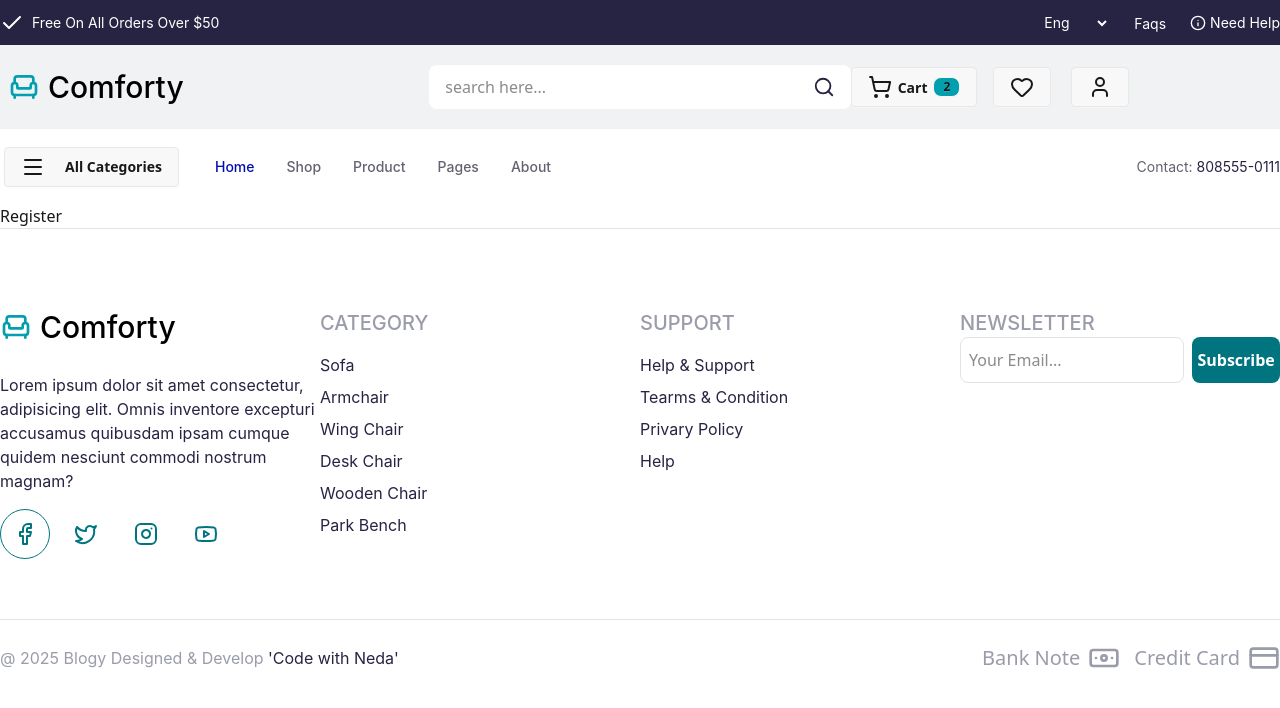
Repository: Neda0o0/store-template-website
Page: /auth/register
These files come from the project's save history. The page is drawn as it stood at one moment and after the next save; the edit follows.
The browser window is 1280 px wide. The pictures show the whole page.
The project was rebuilt for these pictures with package versions that can differ from the ones it lists, and the page was loaded fresh each time. Also part of the build but not shown: vite.config.js, src/components/Banner/Banner.jsx, src/components/Delivery/Delivery.jsx, src/components/Brand/Brand.jsx, src/components/SectionTitle/SectionTitle.jsx, src/components/Features/Features.jsx, src/components/Categories/Categories.jsx, src/components/Product/Product.jsx and 6 more.

Above is the page before, as saved 2025-10-27 17:31:49.

### index.html
<!DOCTYPE html>
<html lang="en">
  <head>
    <meta charset="UTF-8" />
    <link rel="icon" type="image/svg+xml" href="/vite.svg" />
    <meta name="viewport" content="width=device-width, initial-scale=1.0" />
    <title>new-project</title>
  </head>
  <body>
    <div id="root"></div>
    <script type="module" src="/src/main.jsx"></script>
  </body>
</html>

### src/main.jsx
import { StrictMode } from "react";
import { createRoot } from "react-dom/client";
import MainLayout from "./MainLayout/MainLayout";
import "./index.css";

createRoot(document.getElementById("root")).render(
  <StrictMode>
    <MainLayout />
  </StrictMode>
);

### src/MainLayout/MainLayout.jsx
import { BrowserRouter, Route, Routes } from "react-router";
import Navbar from "../components/Navbar/Navbar";
import Home from "../Pages/Home/Home";
import Auth from "../Pages/Auth/Auth";
import Login from "../Pages/Auth/Login/Login";
import Register from "../Pages/Auth/Register/Register";
import Error from "../Pages/Error/Error";
import AuthCheck from "../AuthCheck/AuthCheck";
import Footer from "../components/Footer/Footer";

const MainLayout = () => {
  return (
    <BrowserRouter>
      {/* Navbar */}
      <Navbar />
      <Routes>
        <Route
          path="/"
          element={
            <AuthCheck>
              <Home />
            </AuthCheck>
          }
        />
        <Route path="auth" element={<Auth />}>
          <Route path="login" element={<Login />} />
          <Route path="register" element={<Register />} />
        </Route>
        {/* not found routes */}
        <Route path="*" element={<Error />} />
      </Routes>
      {/* footer component */}
      <Footer />
    </BrowserRouter>
  );
};
export default MainLayout;

### src/index.css
@import "tailwindcss";
@plugin "daisyui";

/* google font inter */
@import url("https://fonts.googleapis.com/css2?family=Inter:ital,opsz,wght@0,14..32,100..900;1,14..32,100..900&display=swap");

@theme {
  --font-inter: "Inter", sans-serif;
}

.banner_slide_item {
  display: flex !important;
  justify-content: space-between;
  align-items: center;
  gap: 7.5rem;
}

.banner_image {
  position: relative;
}
.banner_image::before {
  content: "";
  position: absolute;
  top: 0;
  right: 0;
  max-width: 747px;
  width: 100%;
  min-height: 747px;
  height: 100%;
  background-color: #e1e3e5;
  border-radius: 100%;
  z-index: -1;
}
.slider_container > .slick-slider > .slick-prev,
.slider_container > .slick-slider > .slick-next {
  z-index: 5 !important;
}
.slick-prev {
  left: -40px;
}
.slick-next {
  right: 0.25px;
}
.slider_container > .slick-slider > .slick-prev:before,
.slider_container > .slick-slider > .slick-next:before {
  font-family: "slick";
  font-size: 50px !important;
  line-height: 1;
  opacity: 0.75;
  color: #007580 !important;
  -webkit-font-smoothing: antialiased;
  -moz-osx-font-smoothing: grayscale;
}
.slider_container > .slick-slider > .slick-dots {
  position: absolute;
  bottom: 100px !important;
  display: block;
  width: 100%;
  padding: 0;
  margin: 0;
  list-style: none;
  text-align: center;
}
.slider_container > .slick-slider > .slick-dots li button:before {
  font-family: "slick";
  font-size: 22px !important;
  line-height: 20px;
  position: absolute;
  top: 0;
  left: 0;
  width: 20px;
  height: 20px;
  text-align: center;
  opacity: 0.25;
  color: black;
  -webkit-font-smoothing: antialiased;
  -moz-osx-font-smoothing: grayscale;
}
.slider_container
  > .slick-slider
  > .slick-dots
  > li.slick-active
  button:before {
  color: #007580 !important;
}
.delivery_component {
  margin-top: -4rem;
  position: relative;
  z-index: 5;
}

.features_slider
  > .slick-slider
  > .slick-prev:before
  > .features_slider
  > .slick-slider
  > .slick-next:before {
  font-size: 39px !important;
  color: #007580;
}

.client_say_description {
  position: relative;
}
.client_say_description::before {
  position: absolute;
  content: "";
  top: 0;
  left: -27px;
  width: 3px;
  height: 100%;
  background-color: #007580;
}

### src/components/Navbar/Navbar.jsx
import {
  Armchair,
  Check,
  Info,
  Search,
  ShoppingCart,
  Heart,
  User,
  Menu,
} from "lucide-react";
import { Link, NavLink } from "react-router-dom";

const Navbar = () => {
  return (
    <div>
      {/* navbar top */}
      <div className="navbar_top flex items-center justify-center bg-[#272343] w-full h-[45px]">
        <div className="lg:container flex justify-between items-center">
          <p className="flex items-center gap-2 text-sm font-inter font-normal text-white capitalize">
            <Check />
            Free on all orders over $50
          </p>
          <div className="navbar_top_right flex items-center gap-6">
            <select
              defaultValue="Server location"
              className=" bg-none h-[30px] w-[70px] text-sm font-inter font-normal capitalize text-white"
            >
              <option>Eng</option>
              <option>Farsi</option>
            </select>
            <button>
              <Link className="text-sm text-white font-inter font-normal capitalize ">
                Faqs
              </Link>
            </button>
            <button>
              <Link className="flex items-center gap-1 text-sm  text-white font-inter font-normal capitalize">
                <Info size={16} />
                Need help
              </Link>
            </button>
          </div>
        </div>
      </div>
      {/* navbar middle */}
      <div className="navbar middle flex items-center justify-center bg-[#f0f2f3] w-full h-[84px]">
        <div className="lg:container grid grid-cols-3 items-center">
          <div className="logo_wrapper">
            <Link
              to="/"
              className="text-3xl text-black font-inter font-medium capitalize flex items-center gap-2"
            >
              <Armchair size="2rem" color="#029fae" /> Comforty
            </Link>
          </div>
          <div className="search_box">
            <form action="#" className="max-w-[443px] h-[44px] relative">
              <input
                type="text"
                placeholder="search here..."
                className=" max-w-[443px] w-full h-full bg-white rounded-lg pl-4 "
              />
              <button className="absolute to-50% right-4 translate-y-1/2">
                <Search size="22px" color="#272343" />
              </button>
            </form>
          </div>
          {/* navbar middle right */}
          <div className="navbar_middle_right flex items-center gap-4">
            <button className="btn capitalize">
              <ShoppingCart /> cart
              <div className="badge badge-sm bg-[#029fae]">2</div>
            </button>
            <button className="btn capitalize">
              <Heart />
            </button>

            <div className="dropdown">
              <div tabIndex={0} role="button" className="btn m-1">
                <User />
              </div>
              <ul
                tabIndex="-1"
                className="dropdown-content menu bg-base-100 rounded-box z-1 w-52 p-2 shadow-sm"
              >
                <li>
                  <Link>Account</Link>
                </li>
                <li>
                  <Link>Logout</Link>
                </li>
              </ul>
            </div>
          </div>
        </div>
      </div>

      {/* navbar bottom */}
      <div className="navbar_bottom flex items-center justify-center w-full h-[75px] bg-white border-[#ele3e5]">
        <div className="lg:container flex items-center justify-between">
          <div className="navbar_bottom_left flex items-center gap-8">
            <div className="dropdown dropdown-start">
              <div
                tabIndex={0}
                role="button"
                className="btn m-1 flex items-center gap-5 capitalize"
              >
                <Menu /> all categories
              </div>
              <ul
                tabIndex="-1"
                className="dropdown-content menu bg-base-100 rounded-box z-1 w-52 p-2 shadow-sm"
              >
                <li>
                  <a>Chair</a>
                </li>
                <li>
                  <a>Pant</a>
                </li>
                <li>
                  <a>Shirt</a>
                </li>
                <li>
                  <a>T-shirt</a>
                </li>
              </ul>
            </div>
            <nav className="flex items-center gap-8">
              <NavLink
                to="/"
                className="text-sm text-[#020fae] font-inter font-medium capitalize"
              >
                Home
              </NavLink>
              <NavLink className="text-sm text-[#636270] font-inter font-medium capitalize">
                shop
              </NavLink>
              <NavLink className="text-sm text-[#636270] font-inter font-medium capitalize">
                product
              </NavLink>
              <NavLink className="text-sm text-[#636270] font-inter font-medium capitalize">
                pages
              </NavLink>
              <NavLink className="text-sm text-[#636270] font-inter font-medium capitalize">
                about
              </NavLink>
            </nav>
          </div>

          <div className="navbar_bottom_right">
            <p className="text-sm text-[#636270] font-inter font-normal capitalize">
              contact: <span className="text-[#272343]">{808}555-0111</span>
            </p>
          </div>
        </div>
      </div>
    </div>
  );
};
export default Navbar;

### src/Pages/Auth/Auth.jsx
import { Outlet } from "react-router";

const Auth = () => {
  return (
    <div>
      <Outlet />
    </div>
  );
};
export default Auth;

### src/Pages/Auth/Register/Register.jsx
const Register = () => {
  return <div> Register </div>;
};
export default Register;

### src/components/Footer/Footer.jsx
import {
  Armchair,
  Banknote,
  CreditCard,
  Facebook,
  Instagram,
  Twitter,
  Youtube,
} from "lucide-react";
import { Link } from "react-router";

const Footer = () => {
  return (
    <footer>
      <div className="footer_top mx-h-[343px] w-full border-t border-b border-[#e1e3e5] pt-[80px] pb-[60px]">
        <div className="lg:container mx-auto">
          <div className="grid grid-cols-4">
            <div>
              {/* logo wrapper */}
              <div className="logo_wrapper mb-7">
                <Link
                  to="/"
                  className="text-3xl text-black font-inter font-medium capitalize flex items-center gap-2"
                >
                  <Armchair size="2rem" color="#029fae" /> Comforty
                </Link>
              </div>

              <p className="text-base text-[#272343] font-inter font-normal mb-4 max-w-[350px]">
                Lorem ipsum dolor sit amet consectetur, adipisicing elit. Omnis
                inventore excepturi accusamus quibusdam ipsam cumque quidem
                nesciunt commodi nostrum magnam?
              </p>
              <div className="footer_social flex items-center gap-3">
                <Link className="p-3 rounded-full border-[#007580] inline-block border-[1px]">
                  <Facebook size="1.5rem" color="#007580" />
                </Link>
                <Link className="p-3 inline-block">
                  <Twitter size="1.5rem" color="#007580" />
                </Link>
                <Link className="p-3 inline-block">
                  <Instagram size="1.5rem" color="#007580" />
                </Link>
                <Link className="p-3 inline-block">
                  <Youtube size="1.5rem" color="#007580" />
                </Link>
              </div>
            </div>

            <div className="footer_wrapper">
              <h3 className="text-xl text-[#9a9caa] font-inter font-medium capitalize uppercase">
                category
              </h3>
              <ul className="space-y-2 mt-4">
                <li>
                  <Link className="text-base text-[#272343] font-inter font-normal capitalize">
                    sofa
                  </Link>
                </li>
                <li>
                  <Link className="text-base text-[#272343] font-inter font-normal capitalize">
                    armchair
                  </Link>
                </li>
                <li>
                  <Link className="text-base text-[#272343] font-inter font-normal capitalize">
                    wing chair
                  </Link>
                </li>
                <li>
                  <Link className="text-base text-[#272343] font-inter font-normal capitalize">
                    desk chair
                  </Link>
                </li>
                <li>
                  <Link className="text-base text-[#272343] font-inter font-normal capitalize">
                    wooden chair
                  </Link>
                </li>
                <li>
                  <Link className="text-base text-[#272343] font-inter font-normal capitalize">
                    park bench
                  </Link>
                </li>
              </ul>
            </div>
            <div className="footer_wrapper">
              <h3 className="text-xl text-[#9a9caa] font-inter font-medium uppercase">
                support
              </h3>
              <ul className="space-y-2 mt-4">
                <li>
                  <Link className="text-base text-[#272343] font-inter font-normal capitalize">
                    help & support
                  </Link>
                </li>
                <li>
                  <Link className="text-base text-[#272343] font-inter font-normal capitalize">
                    tearms & condition
                  </Link>
                </li>
                <li>
                  <Link className="text-base text-[#272343] font-inter font-normal capitalize">
                    privary policy
                  </Link>
                </li>
                <li>
                  <Link className="text-base text-[#272343] font-inter font-normal capitalize">
                    help
                  </Link>
                </li>
              </ul>
            </div>
            <div className="newsletter">
              <h3 className="text-xl text-[#9a9caa] font-inter font-medium uppercase">
                newsletter
              </h3>
              <form
                action="#"
                className="gap-2 flex items-center max-w-[424px] w-full"
              >
                <input
                  type="email"
                  placeholder="Your Email..."
                  className="max-w-[285px] pl-2 w-full border-[#e1e3e5] border-[1px] rounded-lg h-[46px]"
                />
                <button
                  type="submit"
                  className="cursor-pointer text-base text-white font-semibold capitalize w-[127px] h-[46px] bg-[#007580] rounded-lg"
                >
                  Subscribe
                </button>
              </form>
            </div>
          </div>
        </div>
      </div>

      <div className="footer_bottom w-full h-[75px] flex items-center">
        <div className="lg:container mx-auto">
          <div className="flex items-center justify-between ">
            <div>
              <p className="text-base text-[#9a9caa] font-inter font-normal">
                @ 2025 Blogy Designed & Develop
                <span className="text-[#272343] "> 'Code with Neda'</span>
              </p>
            </div>
            <div className="flex items-center gap-3.5">
              <p className="flex items-center gap-2 text-[#9a9caa] text-xl">
                Bank Note
                <Banknote size="2rem" />
              </p>
              <p className="flex items-center gap-2 text-[#9a9caa] text-xl">
                Credit Card
                <CreditCard size="2rem" />
              </p>
            </div>
          </div>
        </div>
      </div>
    </footer>
  );
};
export default Footer;

After the next save:
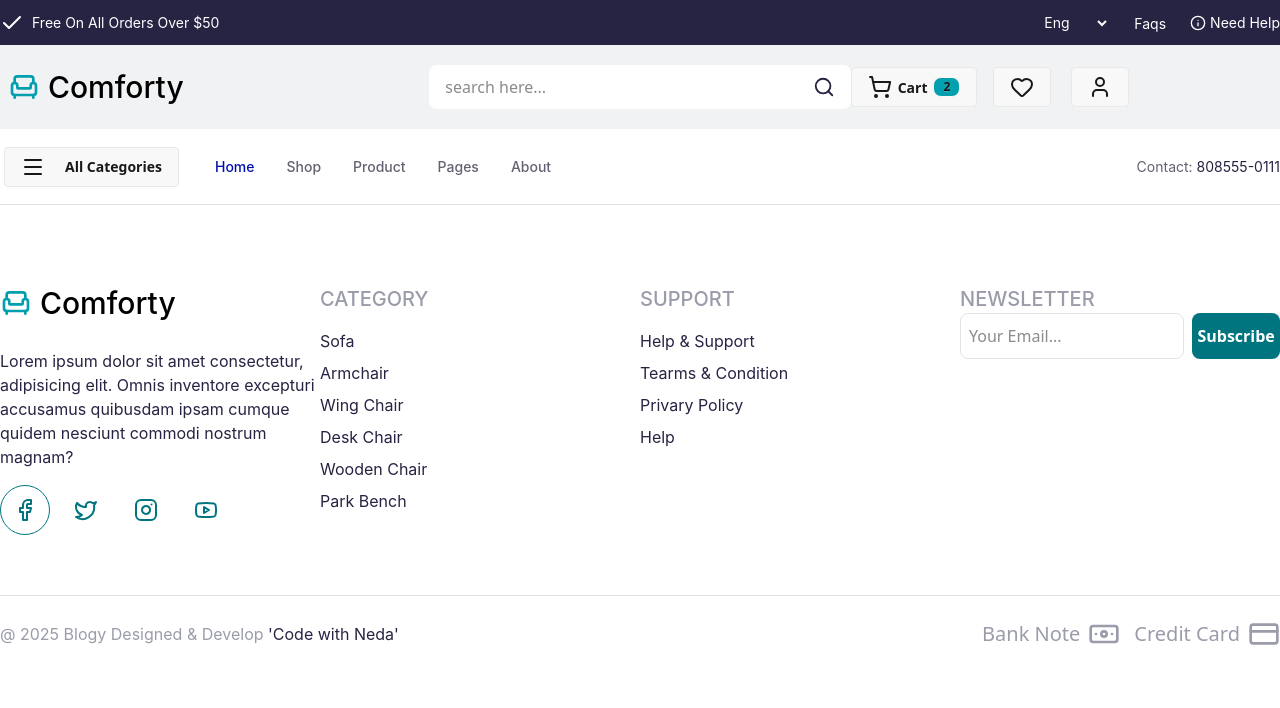
Saved 45 s later.
--- a/src/Pages/Auth/Register/Register.jsx
+++ b/src/Pages/Auth/Register/Register.jsx
@@ -1,4 +1,4 @@
 const Register = () => {
-  return <div> Register </div>;
+  return <div className="lg:container mx-auto"> </div>;
 };
 export default Register;

After the 3 saves that followed:
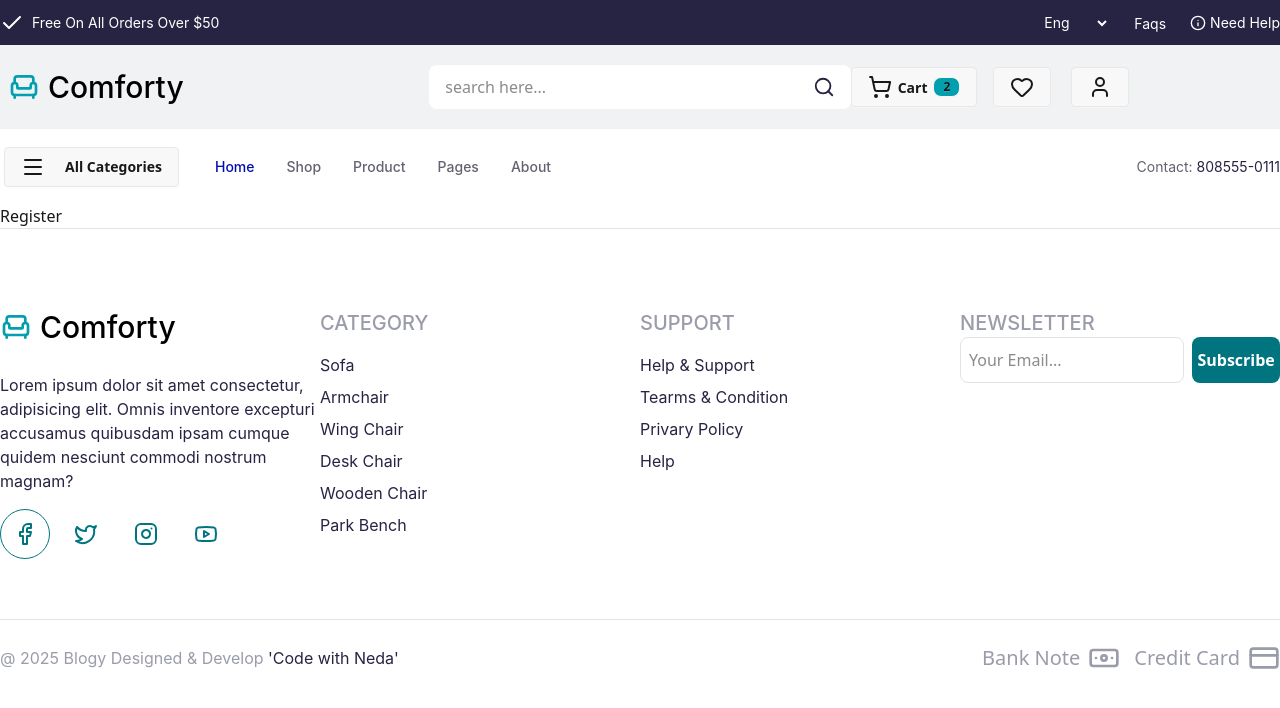
The 3 saves are shown as one change because 2 left the picture as it was.
The last was saved 43 s later.
--- a/src/Pages/Auth/Register/Register.jsx
+++ b/src/Pages/Auth/Register/Register.jsx
@@ -1,4 +1,10 @@
 const Register = () => {
-  return <div className="lg:container mx-auto"> </div>;
+  return (
+    <div className="lg:container mx-auto">
+      <div>
+        <h3>Register</h3>
+      </div>
+    </div>
+  );
 };
 export default Register;
